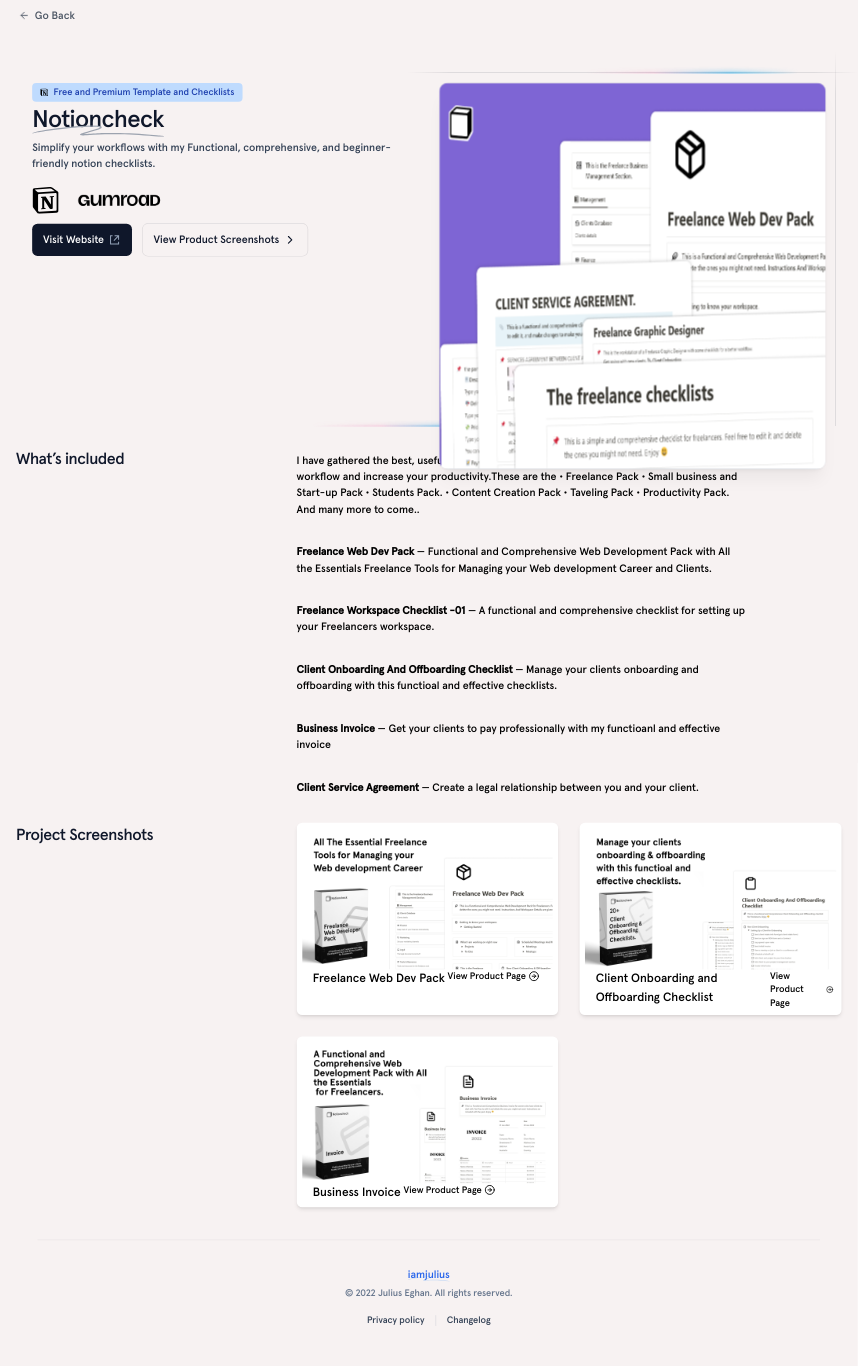
Repository: 1realjulius/myportfolio
Page: /Notioncheck
An editor plug-in stored every save of this project. The page is shown before and after the next save, followed by the edit.
The browser window is 1280 px wide. The pictures show the whole page, at 67% of full size.
The project was rebuilt for these pictures with package versions that can differ from the ones it lists, and the page was loaded fresh each time. The framework's server and built-in components were replaced by stand-ins that run in the browser. Also part of the build but not shown: next.config.js.

Above is the page before, as saved 2022-08-17 01:14:26.

### pages/_app.tsx
import '../styles/globals.css'
import type { AppProps } from 'next/app'

function MyApp({ Component, pageProps }: AppProps) {
  return(
      <Component {...pageProps} />
  )
}

export default MyApp

### pages/Notioncheck.tsx
import React from "react";
import Link from "next/link";
import Image from "next/image";
import {
  ArrowLeft,
  ArrowRightCircle,
  ChevronRight,
  Clock,
  Feather,
} from "react-feather";

export default function Notioncheck() {
  //Dummy Data for the Services
  const Products = [
    {
      id: 1,
      ProductName: "Freelance Web Dev Pack",
      Img: "/Assets/Freelance-Web-Dev-Pack.png",
      link: "https://notioncheck.gumroad.com/l/fwdp1",
    },
    {
      id: 2,
      ProductName: "Client Onboarding and Offboarding Checklist",
      Img: "/Assets/Client-Onboarding-and-Offboarding.png",
      link: "https://notioncheck.gumroad.com/l/coaofbc",
    },
    {
      id: 3,
      ProductName: "Business Invoice",
      Img: "/Assets/Business-Invoice.png",
      link: "https://notioncheck.gumroad.com/l/bi",
    },
  ];

  return (
    <div className="scroll-smooth bg-[#f7f2f2]  font-cadizMedium md:font-ApercuMedium min-h-screen">
      {/* navbar */}
      <div className="px-8 md:px-6 py-2 dark:bg-[#090c10] dark:text-white">
        <Link href="/" className="">
          <div className="cursor-pointer text-xl space-x-2 text-gray-600">
            <ArrowLeft className="inline-block w-4 h-4 ml-1 animate-headShake" />
            <span className="text-base ">Go Back</span>
          </div>
        </Link>
      </div>
      <div className="px-4 md:px-6 pb-4">
        {/* nav and header */}
        <div>
          {/* header */}
          <div className="relative">
            <div className="relative mx-auto max-w-container px-2 pt-4 pb-8 sm:px-6 lg:px-6 lg:pt-20">
              <div className="mx-auto grid max-w-[40rem] grid-cols-1 gap-y-12 gap-x-8 lg:max-w-none lg:grid-cols-4">
                <div className="flex flex-col lg:col-span-2 lg:pb-6">
                  <h1 className="flex flex-col pt-2 items-start text-4xl leading-none tracking-tight text-slate-900 sm:text-4xl">
                    <span className="relative">
                      <svg
                        aria-hidden="true"
                        viewBox="0 0 418 42"
                        className="absolute z-10 top-2/3 left-0 h-[0.48em] w-full fill-gray-400"
                        preserveAspectRatio="none"
                      >
                        <path d="M203.371.916c-26.013-2.078-76.686 1.963-124.73 9.946L67.3 12.749C35.421 18.062 18.2 21.766 6.004 25.934 1.244 27.561.828 27.778.874 28.61c.07 1.214.828 1.121 9.595-1.176 9.072-2.377 17.15-3.92 39.246-7.496C123.565 7.986 157.869 4.492 195.942 5.046c7.461.108 19.25 1.696 19.17 2.582-.107 1.183-7.874 4.31-25.75 10.366-21.992 7.45-35.43 12.534-36.701 13.884-2.173 2.308-.202 4.407 4.442 4.734 2.654.187 3.263.157 15.593-.78 35.401-2.686 57.944-3.488 88.365-3.143 46.327.526 75.721 2.23 130.788 7.584 19.787 1.924 20.814 1.98 24.557 1.332l.066-.011c1.201-.203 1.53-1.825.399-2.335-2.911-1.31-4.893-1.604-22.048-3.261-57.509-5.556-87.871-7.36-132.059-7.842-23.239-.254-33.617-.116-50.627.674-11.629.54-42.371 2.494-46.696 2.967-2.359.259 8.133-3.625 26.504-9.81 23.239-7.825 27.934-10.149 28.304-14.005.417-4.348-3.529-6-16.878-7.066Z"></path>
                      </svg>
                      <span className="z-20">Notioncheck</span>
                    </span>
                  </h1>
                  <div className="order-first flex ">
                    <p className="text-sm space-x-2 items-center flex text-blue-800 bg-blue-200 py-1 px-3 rounded-md">
                      <Image
                        src="/Assets/notion-logo-1.svg"
                        width="12"
                        height="12"
                        alt=""
                        className=""
                      />
                      <span>Free and Premium Template and Checklists</span>
                    </p>
                  </div>
                  <p className="mt-2 text-base text-slate-700">
                    Simplify your workflows with my Functional, comprehensive,
                    and beginner-friendly notion checklists.
                  </p>
                  <div className="mt-2 flex flex-row items-center">
                    <div className="mr-4">
                      <Image
                        src="/Assets/notion-logo-1.svg"
                        width={40}
                        height={40}
                        alt=""
                        className=""
                      />
                    </div>
                    <div className="mx-1">
                      <Image
                        src="/Assets/gumroad-logo.png"
                        width={124}
                        height={62}
                        alt=""
                        className="mx-2"
                      />
                    </div>
                  </div>
                  <div className=" flex gap-4">
                    <a
                      href="https://notioncheck.gumroad.com/"
                      className="inline-flex justify-center rounded-lg text-sm py-3 px-4 bg-slate-900 text-white hover:bg-slate-700"
                      target="_blank"
                      rel="noreferrer"
                    >
                      <span>
                        <span className="inline-flex items-center">
                          <span className="text-xs md:text-base">
                            Visit Website
                          </span>
                          <svg
                            viewBox="0 0 20 20"
                            className="ml-1.5 h-5 w-5 fill-slate-400"
                            fillRule="evenodd"
                            clipRule="evenodd"
                          >
                            <path d="M7 3.25H3.25v13.5h13.5V13h-1.5v2.25H4.75V4.75H7v-1.5Zm9.75 0H10v1.5h4.19l-5.72 5.72 1.06 1.06 5.72-5.72V10h1.5V3.25Z"></path>
                          </svg>
                        </span>
                      </span>
                    </a>
                    <a
                      href="#Screenshots"
                      className="flex flrx-row items-center justify-center rounded-lg text-sm py-3 px-4 bg-white/0 text-slate-900 ring-1 ring-slate-900/10 hover:bg-white/25 hover:ring-slate-900/15 "
                    >
                      <span className="text-xs md:text-base">
                        View Product Screenshots
                      </span>
                      <ChevronRight className="ml-1.5 h-5 w-5" />
                    </a>
                  </div>
                </div>
                <div className="relative lg:col-span-2">
                  <Image
                    src="/Assets/notioncheck-header-img.png"
                    width="740"
                    height="500"
                    className="relative z-20 -mb-36 aspect-[420/420] rounded-xl bg-slate-200 shadow-xl shadow-black/5 ring-1 ring-slate-900/5 sm:-mb-16 lg:-mb-8 xl:-mb-16"
                    alt=""
                  />
                  <div className="z-0 hidden md:block">
                    <div className="absolute -top-4 -right-12 -left-12 h-px bg-slate-900/[0.1] [mask-image:linear-gradient(to_right,transparent,white_4rem,white_calc(100%-4rem),transparent)]"></div>
                    <div className="absolute -top-12 bottom-0 -left-4 w-px bg-slate-900/[0.1] [mask-image:linear-gradient(to_top,white_4rem,white_calc(100%-4rem),transparent)]"></div>
                    <div className="absolute -top-12 bottom-0 -right-4 w-px bg-slate-900/[0.1] [mask-image:linear-gradient(to_top,white_4rem,white_calc(100%-4rem),transparent)]"></div>
                    <div className="absolute -top-12 right-10 mt-px flex h-8 items-end overflow-hidden">
                      <div className="flex -mb-px h-[2px] w-80 -scale-x-100">
                        <div className="w-full flex-none blur-sm [background-image:linear-gradient(90deg,rgba(56,189,248,0)_0%,#0EA5E9_32.29%,rgba(236,72,153,0.3)_67.19%,rgba(236,72,153,0)_100%)]"></div>
                        <div className="-ml-[100%] w-full flex-none blur-[1px] [background-image:linear-gradient(90deg,rgba(56,189,248,0)_0%,#0EA5E9_32.29%,rgba(236,72,153,0.3)_67.19%,rgba(236,72,153,0)_100%)]"></div>
                      </div>
                    </div>
                    <div className="absolute bottom-0 -left-48 flex h-8 items-end overflow-hidden">
                      <div className="flex -mb-px h-[2px] w-80 -scale-x-100">
                        <div className="w-full flex-none blur-sm [background-image:linear-gradient(90deg,rgba(56,189,248,0)_0%,#0EA5E9_32.29%,rgba(236,72,153,0.3)_67.19%,rgba(236,72,153,0)_100%)]"></div>
                        <div className="-ml-[100%] w-full flex-none blur-[1px] [background-image:linear-gradient(90deg,rgba(56,189,248,0)_0%,#0EA5E9_32.29%,rgba(236,72,153,0.3)_67.19%,rgba(236,72,153,0)_100%)]"></div>
                      </div>
                    </div>
                  </div>
                </div>
              </div>
            </div>
          </div>
        </div>
        {/* whats included section */}
        <section className="grid grid-cols-1 items-baseline gap-y-10 gap-x-6 lg:grid-cols-3">
          <h2 className="text-2xl  leading-9 tracking-tight text-slate-900">
            What’s included
          </h2>
          <div className="max-w-2xl space-y-10 lg:col-span-2 prose prose-slate prose-a: prose-a:text-sky-500 hover:prose-a:text-sky-600">
            <div className="[&amp;>:first-child]:mt-0 [&amp;>:last-child]:mb-0">
              <p>
                I have gathered the best, useful and functional checklists and
                guides that will change your workflow and increase your
                productivity.These are the • Freelance Pack • Small business and
                Start-up Pack • Students Pack. • Content Creation Pack •
                Taveling Pack • Productivity Pack. And many more to come..
              </p>
            </div>
            <p>
              <strong>Freelance Web Dev Pack</strong> — Functional and
              Comprehensive Web Development Pack with All the Essentials
              Freelance Tools for Managing your Web development Career and
              Clients.
            </p>
            <p>
              <strong>Freelance Workspace Checklist -01</strong> — A functional
              and comprehensive checklist for setting up your Freelancers
              workspace.
            </p>
            <p>
              <strong>Client Onboarding And Offboarding Checklist</strong> —
              Manage your clients onboarding and offboarding with this functioal
              and effective checklists.
            </p>
            <p>
              <strong>Business Invoice</strong> — Get your clients to pay
              professionally with my functioanl and effective invoice
            </p>
            <p>
              <strong>Client Service Agreement</strong> — Create a legal
              relationship between you and your client.
            </p>
          </div>
        </section>
        {/* Screenshots */}
        <section
          id="Screenshots"
          className="grid grid-cols-1 gap-y-10 gap-x-6 pt-10 lg:grid-cols-3"
        >
          <h2 className="text-2xl  leading-9 tracking-tight text-slate-900">
            Project Screenshots
          </h2>
          <div className="grid grid-cols-1 gap-8 sm:grid-cols-2 lg:col-span-2">
            {Products.map((values) => {
              const { id, ProductName, Img, link } = values;
              return (
                <div key={id} className="shadow-md bg-white p-2 rounded-lg">
                  <Image
                    src={Img}
                    alt="This is a detail image"
                    width="1280"
                    height="720"
                    className=" rounded-lg"
                  />
                  <div className="flex flex-col md:flex-row">
                    <h1 className="ml-4 text-lg">{ProductName}</h1>
                    <Link href={link}>
                      <span className="flex flex-row mx-4 md:mx-1 text-sm items-center cursor-pointer hover:opacity-60">
                        <span> View Product Page</span>
                        <ArrowRightCircle className="inline-block w-4 h-4 ml-1" />
                      </span>
                    </Link>
                  </div>
                </div>
              );
            })}
          </div>
        </section>
        {/* Others and testimonials */}
        <div></div>
        {/* footer */}
        <footer className="mx-auto mt-12 w-full max-w-container px-4 sm:px-6 lg:px-8">
          <div className="flex flex-col border-t items-center border-slate-900/5 py-10">
            <Link href="/">
              <div className="mx-auto h-5 w-auto text-blue-600 cursor-pointer">
                <span className="relative">
                  <svg
                    aria-hidden="true"
                    viewBox="0 0 418 42"
                    className="absolute top-2/3 left-0 h-[0.48em] w-full fill-blue-400/40"
                    preserveAspectRatio="none"
                  >
                    <path d="M203.371.916c-26.013-2.078-76.686 1.963-124.73 9.946L67.3 12.749C35.421 18.062 18.2 21.766 6.004 25.934 1.244 27.561.828 27.778.874 28.61c.07 1.214.828 1.121 9.595-1.176 9.072-2.377 17.15-3.92 39.246-7.496C123.565 7.986 157.869 4.492 195.942 5.046c7.461.108 19.25 1.696 19.17 2.582-.107 1.183-7.874 4.31-25.75 10.366-21.992 7.45-35.43 12.534-36.701 13.884-2.173 2.308-.202 4.407 4.442 4.734 2.654.187 3.263.157 15.593-.78 35.401-2.686 57.944-3.488 88.365-3.143 46.327.526 75.721 2.23 130.788 7.584 19.787 1.924 20.814 1.98 24.557 1.332l.066-.011c1.201-.203 1.53-1.825.399-2.335-2.911-1.31-4.893-1.604-22.048-3.261-57.509-5.556-87.871-7.36-132.059-7.842-23.239-.254-33.617-.116-50.627.674-11.629.54-42.371 2.494-46.696 2.967-2.359.259 8.133-3.625 26.504-9.81 23.239-7.825 27.934-10.149 28.304-14.005.417-4.348-3.529-6-16.878-7.066Z"></path>
                  </svg>
                  <span>iamjulius</span>
                </span>
              </div>
            </Link>
            <p className="mt-2 items-center text-center text-sm leading-6 text-slate-500">
              © 2022 Julius Eghan. All rights reserved.
            </p>
            <div className="mt-4 flex items-center justify-center space-x-4 text-sm  leading-6 text-slate-700">
              <a href="/privacy-policy">Privacy policy</a>
              <div className="h-4 w-px bg-slate-500/20"></div>
              <a href="/changelog">Changelog</a>
            </div>
          </div>
        </footer>
      </div>
    </div>
  );
}

### styles/globals.css
@tailwind base;
@tailwind components;
@tailwind utilities;

@layer base{
      @font-face{
        font-family: 'ApercuBold';
        src: url("/Fonts/ApercuPro-Bold.woff") format("woff"),url("/Fonts/ApercuPro-Bold.woff2") format("woff2");
      }
      @font-face{
        font-family: 'ApercuMedium';
        src: url("/Fonts/ApercuPro-Medium.woff") format("woff"),url("/Fonts/ApercuPro-Medium.woff2") format("woff2");
      }
      @font-face{
        font-family: 'cadizMedium';
        src: url("/Fonts/cadiz_medium-webfont.woff2") format("woff2");
      }
      @font-face{
        font-family: 'cadizBold';
        src: url("/Fonts/cadiz_bold-webfont.woff2") format("woff2");
      }
    }

### tailwind.config.js
module.exports = {
  content: [
    './pages/**/*.{js,ts,jsx,tsx}',
    './components/**/*.{js,ts,jsx,tsx}',
  ],
  theme: {
    extend: {
      keyframes: {
        jello: {
          'from, 11.1%,to ': {
            transform: 'translate3d(0,0,0)'
          },
          '22.2%':{
            transform: 'skewX(-12.5deg) skewY(-12.5deg)',
          },
          '33.3%':{
            transform: 'skewX(6.25deg) skewY(6.25deg)',
          },
          '44.4%':{
            transform: 'skewX(-3.125deg) skewY(-3.125deg)',
          },
          '55.5%':{
            transform: 'skewX(1.562deg) skewY(1.562deg)',
          },
          '66.6%':{
            transform: 'skewX(-0.78125deg) skewY(-0.78125deg)',
          },
          '77.7%':{
            transform: 'skewX(0.390625deg) skewY(0.390625deg)',
          },
          '88.8%':{
            transform: 'skewX(-0.1953125deg) skewY(-0.1953125deg)',
          },
        },
        wiggle: {
          '0%, 100% ' : {transform:'rotate(-15deg)'},
          '50%': {transform:'rotate(15deg)'},
        },
        wobble: {
          from: {
            transform: 'translate3d(0, 0, 0)',
          },
          '15%' : {
            transform: 'translate3d(-25%, 0, 0) rotate3d(0, 0, 1, -5deg)',
          },
          '30%' : {
            transform: 'translate3d(25%, 0, 0) rotate3d(0, 0, 1, 3deg)',
          },
          '45%' : {
            transform: 'translate3d(-15%, 0, 0) rotate3d(0, 0, 1, -3deg)',
          },
          '60%' : {
            transform: 'translate3d(10%, 0, 0) rotate3d(0, 0, 1, 2deg)',
          },
          '75%' : {
            transform: 'translate3d(-5%, 0, 0) rotate3d(0, 0, 1, -1deg)',
          },
          to : {
            transform: 'translate3d(0, 0, 0)',
          },
        },
        headShake:{
          '0%': {
            transform: 'translateX(0)',
          },
          '6.5%': {
            transform: 'translateX(-6px) rotateY(-9deg)',
          },
          '18.5%': {
            transform: 'translateX(5px) rotateY(7deg)',
          },
          '31.5%': {
            transform: 'translateX(-3px) rotateY(-5deg)',
          },
          '45.5%': {
            transform: 'translateX(2px) rotateY(3deg)',
          },
          '50%': {
            transform: 'translateX(0)',
          },
        }
      },
      animation: {
        jello:'jello 2s infinite',
        wiggle:'wiggle 1s ease-in-out infinite',
        wobble: 'wobble 1s infinite',
        headShake: 'headShake 2s infinite',
      },
      fontFamily: {
        ApercuBold: 'ApercuBold, sans',
        ApercuMedium: 'ApercuMedium, sans',
        cadizMedium: 'cadizMedium, sans',
        cadizBold: 'cadizBild, sans',
      },
    },
  },
  plugins: [
    require('@tailwindcss/forms'),
  ],
}

After the next save:
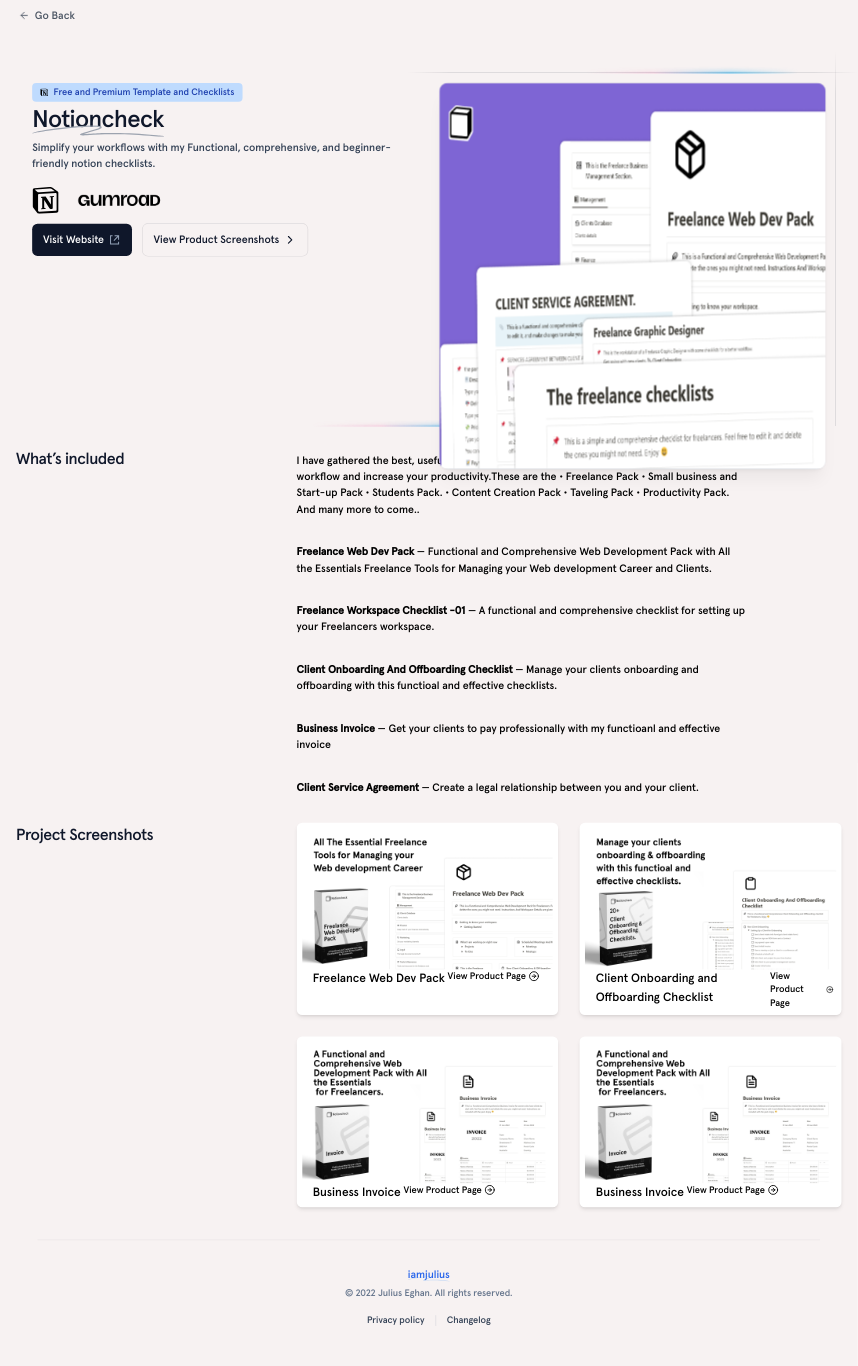
Saved 4 days later.
--- a/pages/Notioncheck.tsx
+++ b/pages/Notioncheck.tsx
@@ -26,6 +26,12 @@
     },
     {
       id: 3,
+      ProductName: "Business Invoice",
+      Img: "/Assets/Business-Invoice.png",
+      link: "https://notioncheck.gumroad.com/l/bi",
+    },
+    {
+      id: 4,
       ProductName: "Business Invoice",
       Img: "/Assets/Business-Invoice.png",
       link: "https://notioncheck.gumroad.com/l/bi",
